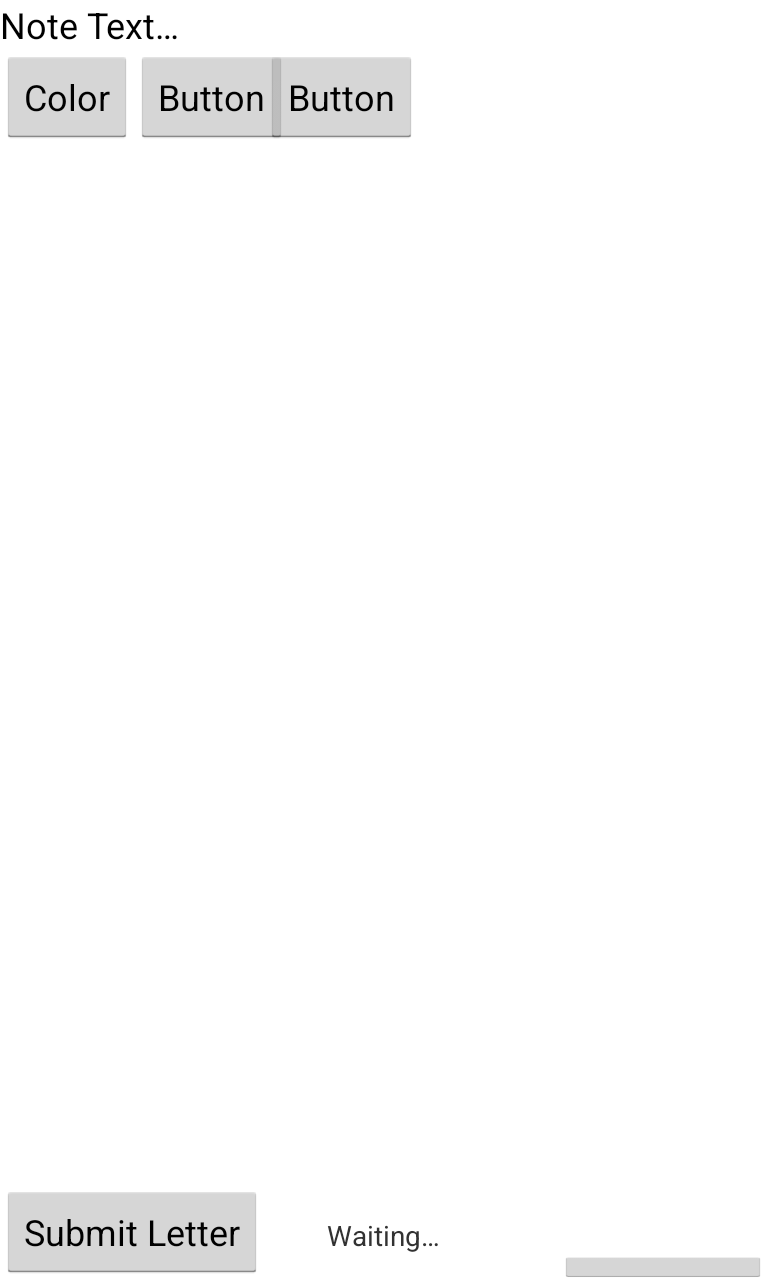
Repository: johnhof/App-Design
Layout: NoteTaker/res/layout/activity_main.xml
These files come from the project's save history. The layout is drawn as it stood at one moment and after the next save; the edit follows.
It is drawn on a 768 x 1280 px phone screen (xhdpi) without system bars, with theme AppTheme; the app's code is not run.

Above is the layout before, as saved 2013-02-01 01:24:37.

After the next save:
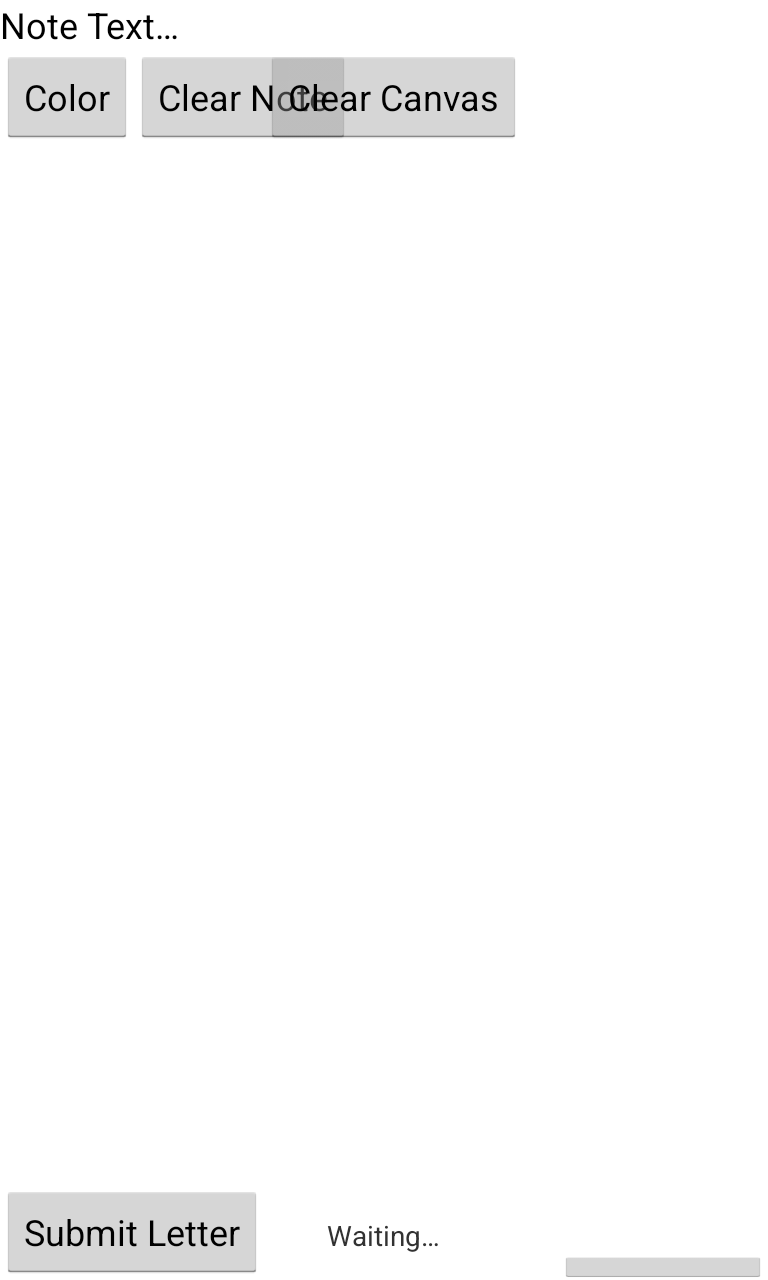
Saved 2 min 34 s later.
--- a/NoteTaker/res/layout/activity_main.xml
+++ b/NoteTaker/res/layout/activity_main.xml
@@ -55,7 +55,7 @@
         android:layout_alignBaseline="@+id/color_button"
         android:layout_alignBottom="@+id/color_button"
         android:layout_toRightOf="@+id/color_button"
-        android:text="Button" />
+        android:text="@string/clear_note_button" />
 
     <Button
         android:id="@+id/button2"
@@ -63,6 +63,6 @@
         android:layout_height="wrap_content"
         android:layout_alignBottom="@+id/button1"
         android:layout_toRightOf="@+id/submit_button"
-        android:text="Button" />
+        android:text="@string/clear_canvas_button" />
 
 </RelativeLayout>
